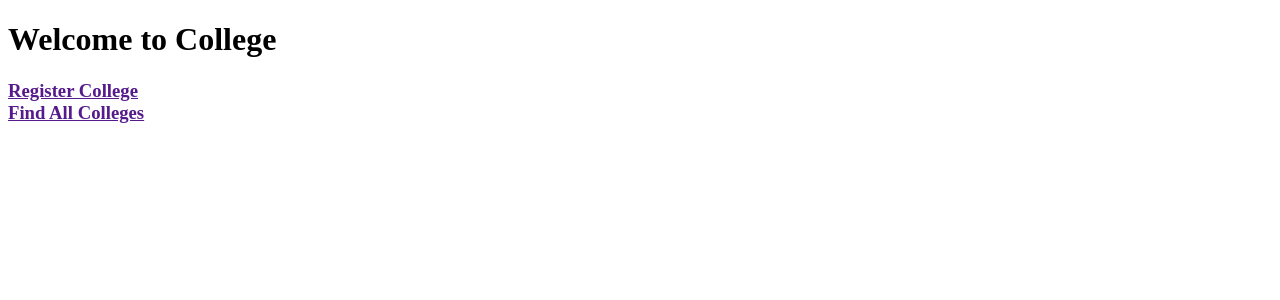
Repository: aamir5773/ServletJsp
Page: http://localhost/ProfessionalCollegee/
These files come from the project's save history. The page is drawn as it stood at one moment and after the next save; the edit follows.
The browser window is 1280 px wide. The pictures show the whole page.
The page is served by Tomcat 9.

Above is the page before, as saved 2019-11-01 10:44:31.

After the next save:
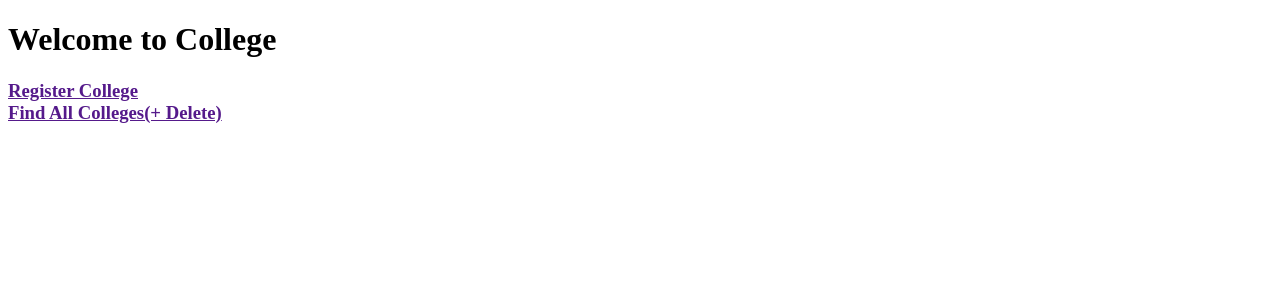
Saved 47 s later.
--- a/ProfessionalCollegee/WebContent/index.jsp
+++ b/ProfessionalCollegee/WebContent/index.jsp
@@ -10,7 +10,7 @@
 	<h1>Welcome to College</h1>
 	<h3>
 		<a href=''>Register College</a> <br>
-		<a href=''>Find All Colleges</a>
+		<a href=''>Find All Colleges(+ Delete)</a>
 	</h3>
 
 	<!-- <h3>
